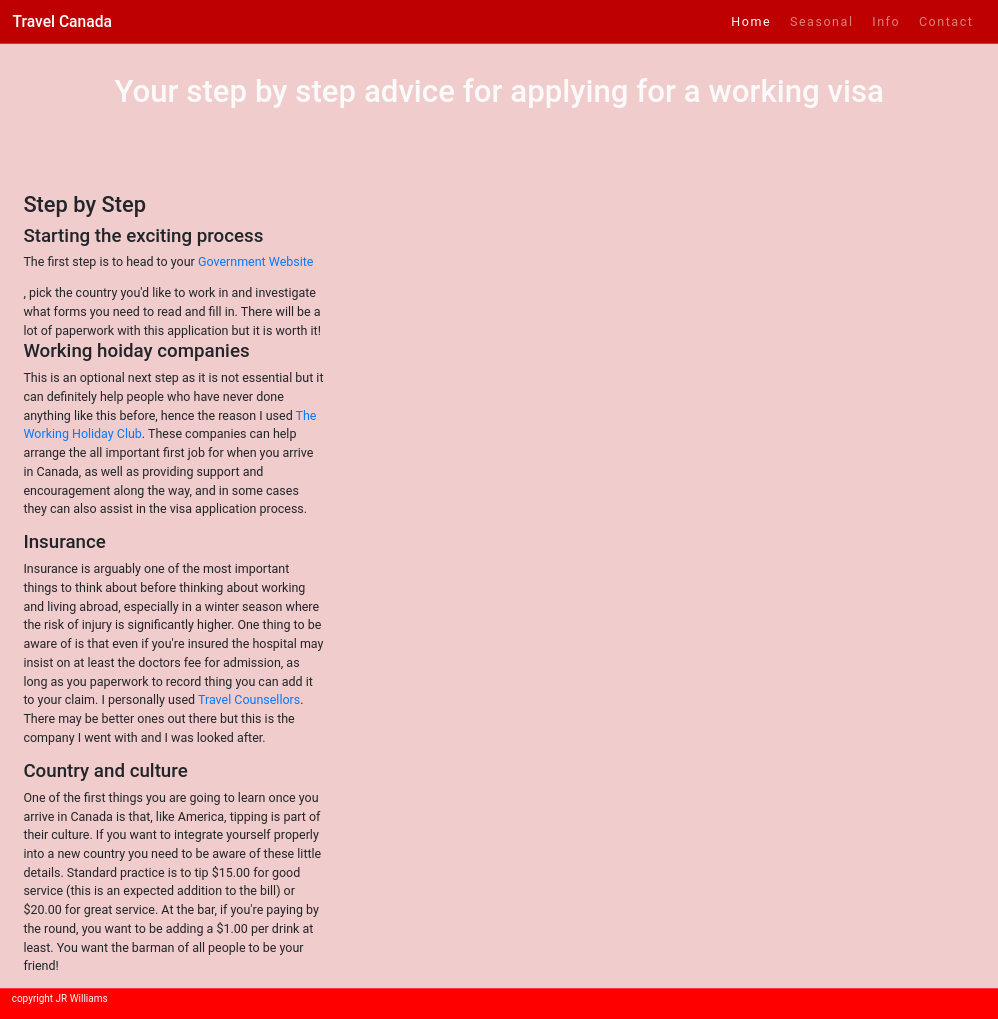
Repository: JonWil91/Travel-Canada
Page: info.html
The author's editor kept a record of every edit. The page is drawn from the files as they stood at one moment, then again after the next edit.
The browser window is 1280 px wide. The pictures show the whole page, at 78% of full size.
Some web libraries are served in a nearby version.

Above is the page before.

After the next edit:
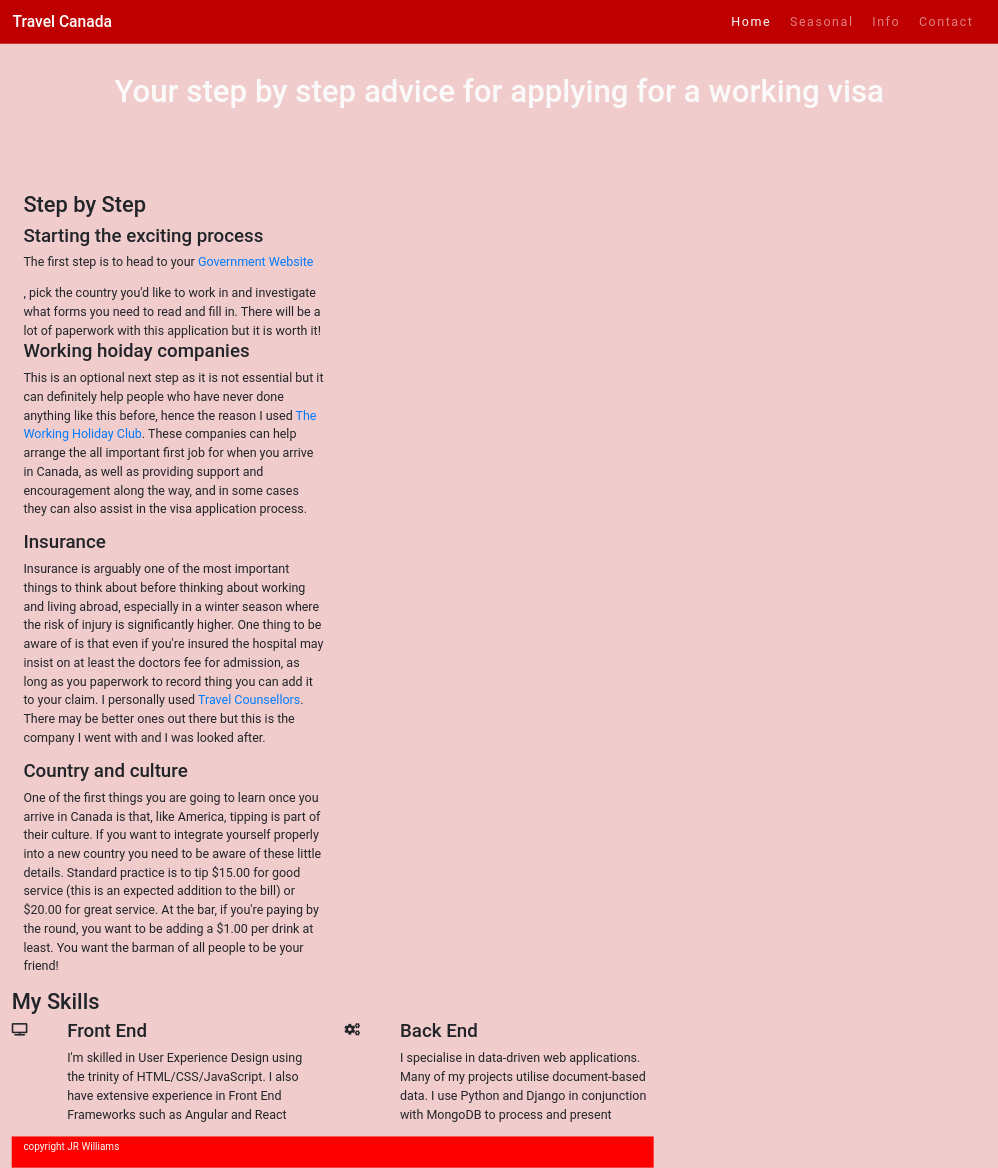
The edit:
--- a/info.html
+++ b/info.html
@@ -85,6 +85,40 @@
             </div>
         </div>
 
+        <div class="col-md-8 bg-color-three-reasons">
+            <div class="row">
+                <div class="col">
+                    <h3 class="section-heading uppercase">My Skills</h3>
+                </div>
+            </div>
+            <div class="row">
+                <div class="col-10 offset-1 offset-sm-0 col-sm-4 col-md-6">
+                    <div class="row">
+                        <div class="col-2">
+                            <i class="three-reasons-icon fas fa-tv" aria-hidden="true"></i>
+                        </div>
+                        <div class="col-10">
+                            <h4 class="three-reasons-heading uppercase">Front End</h4>
+                            <p>
+                                I'm skilled in User Experience Design using the trinity of HTML/CSS/JavaScript. I also have extensive experience in Front End Frameworks such as Angular and React
+                            </p>
+                        </div>
+                    </div>
+                </div>
+                <div class="col-10 offset-1 offset-sm-0 col-sm-4 col-md-6">
+                    <div class="row">
+                        <div class="col-2">
+                            <i class="three-reasons-icon fas fa-cogs" aria-hidden="true"></i>
+                        </div>
+                        <div class="col-10">
+                            <h4 class="three-reasons-heading uppercase">Back End</h4>
+                            <p>
+                                I specialise in data-driven web applications. Many of my projects utilise document-based data. I use Python and Django in conjunction with MongoDB to process and present
+                            </p>
+                        </div>
+                    </div>
+                </div>
+            </div>
 
 
 
@@ -95,16 +129,17 @@
 
 
 
-        <!-- footer -->
 
-        <div class="container-fluid footer">
-            <div class="row">
-                <div class="col-12">
-                    <p class="ml-auto"><small>copyright JR Williams</small></p>
+            <!-- footer -->
 
+            <div class="container-fluid footer">
+                <div class="row">
+                    <div class="col-12">
+                        <p class="ml-auto"><small>copyright JR Williams</small></p>
+
+                    </div>
                 </div>
             </div>
-        </div>
 
 
-        <!-- /footer -->
+            <!-- /footer -->
